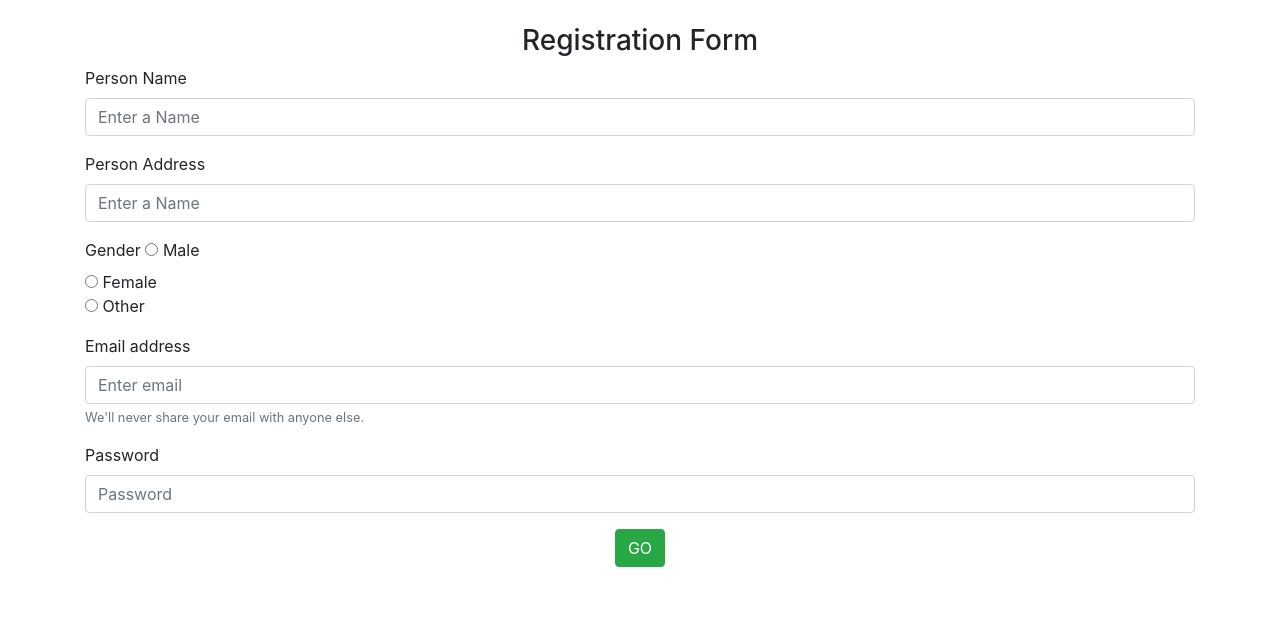
Repository: vijay10091999/Advance-java
Page: http://localhost/SpringMVC/WEB-INF/views/RegisterPage.jsp
The author's editor kept a copy of each file at every save. The page is drawn from the files as they stood at one save, then again after the next save.
The browser window is 1280 px wide. The pictures show the whole page.
Some web libraries are served in a nearby version. The page is served by Tomcat 9. Nobody is signed in. The template is opened directly, without the code that normally fills it, so the values that code supplies are empty.

Above is the page before, as saved 2022-06-13 09:43:54.

After the next save:
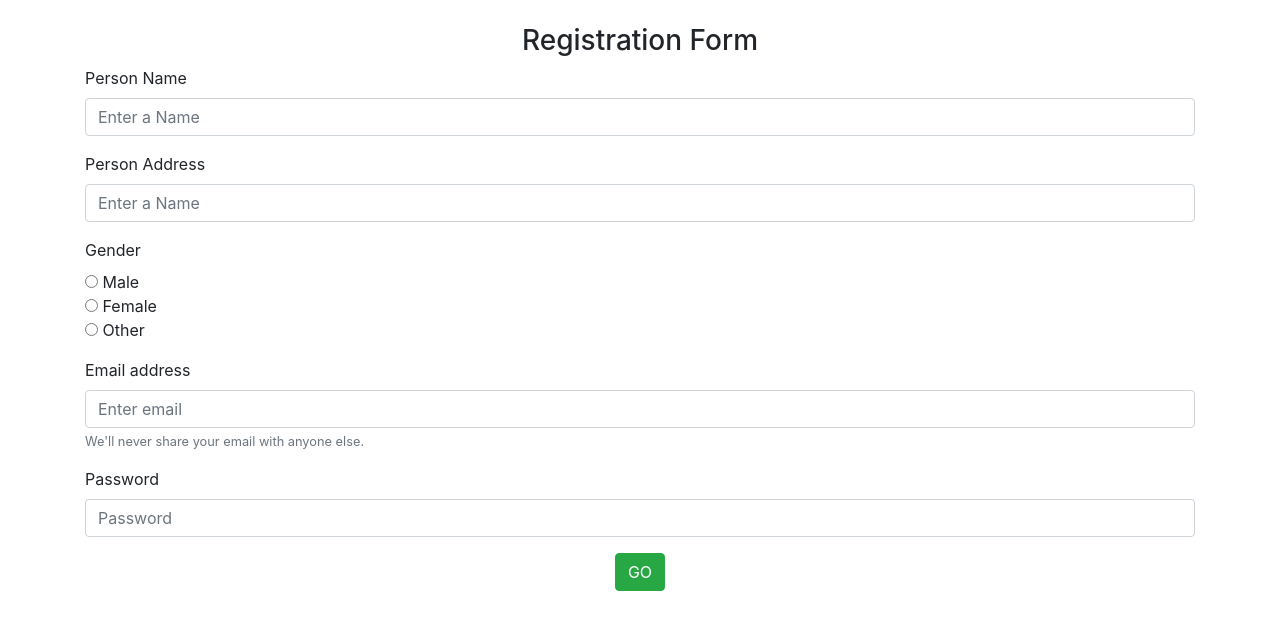
Saved 42 s later.
--- a/SpringMVC/src/main/webapp/WEB-INF/views/RegisterPage.jsp
+++ b/SpringMVC/src/main/webapp/WEB-INF/views/RegisterPage.jsp
@@ -26,7 +26,7 @@
     <input type="text" class="form-control" id="address" placeholder="Enter a Name" name="address">
   </div>
    <div class="form-group">
-    <label for="exampleInputName">Gender </label>
+    <label for="exampleInputName">Gender </label><br>
     <input type="radio" name="gender" value="male"> Male<br>
 	<input type="radio" name="gender" value="female"> Female<br>
 	<input type="radio" name="gender" value="other"> Other
